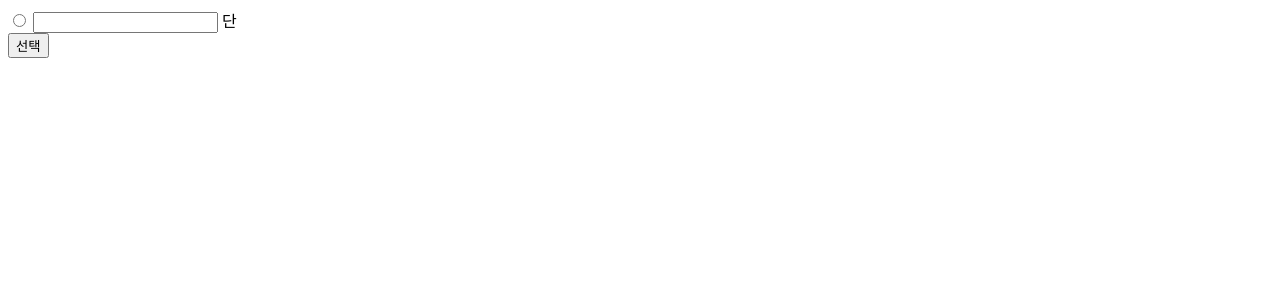
Repository: Park-Dongheon/Servlet-JSP_Training
Page: http://localhost/MissionJSP/gugudanForm.jsp
An editor plug-in stored every save of this project. The page is shown before and after the next save, followed by the edit.
The browser window is 1280 px wide. The pictures show the whole page.
The page is served by Tomcat 10. Other server files are loaded and not shown.

Above is the page before, as saved 2024-06-13 07:59:57.

### MissionJSP/src/main/webapp/gugudanForm.jsp
<%@ page language="java" contentType="text/html; charset=UTF-8"
    pageEncoding="UTF-8"%>
<!DOCTYPE html>
<html>
<head>
<meta charset="UTF-8">
<title>구구단 폼</title>
</head>
<body>
	<form action="Gugudan1.jsp" method="get">
		<tr>
		   <td>
		     <input type="radio" id="Type1" name="gugudan_1" value="K" />
		     <label for="Type1">
		     </label>
		       <input type="text" id="input1" name="input_dan" />
		       단
		   </td>
		</tr>
	</form>
	<input type="submit" value="선택" />
</body>
</html>

After the next save:
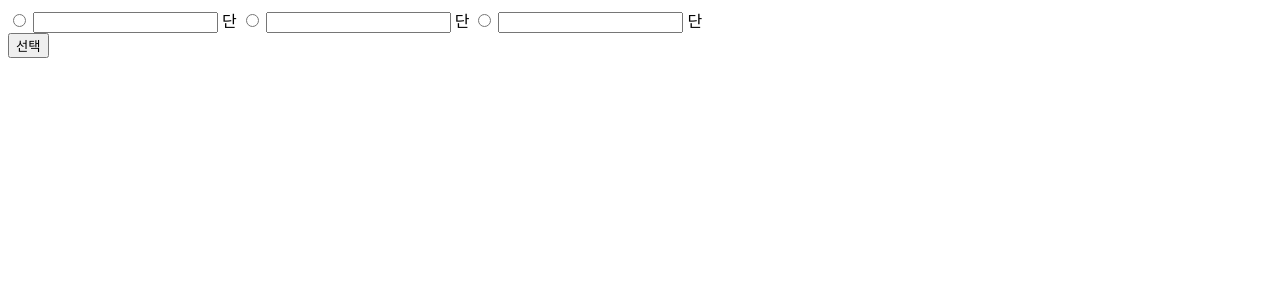
Saved 8 s later.
--- a/MissionJSP/src/main/webapp/gugudanForm.jsp
+++ b/MissionJSP/src/main/webapp/gugudanForm.jsp
@@ -16,6 +16,20 @@
 		       <input type="text" id="input1" name="input_dan" />
 		       단
 		   </td>
+		   <td>
+		     <input type="radio" id="Type1" name="gugudan_1" value="K" />
+		     <label for="Type1">
+		     </label>
+		       <input type="text" id="input1" name="input_dan" />
+		       단
+		   </td>
+		   <td>
+		     <input type="radio" id="Type1" name="gugudan_1" value="K" />
+		     <label for="Type1">
+		     </label>
+		       <input type="text" id="input1" name="input_dan" />
+		       단
+		   </td>
 		</tr>
 	</form>
 	<input type="submit" value="선택" />
